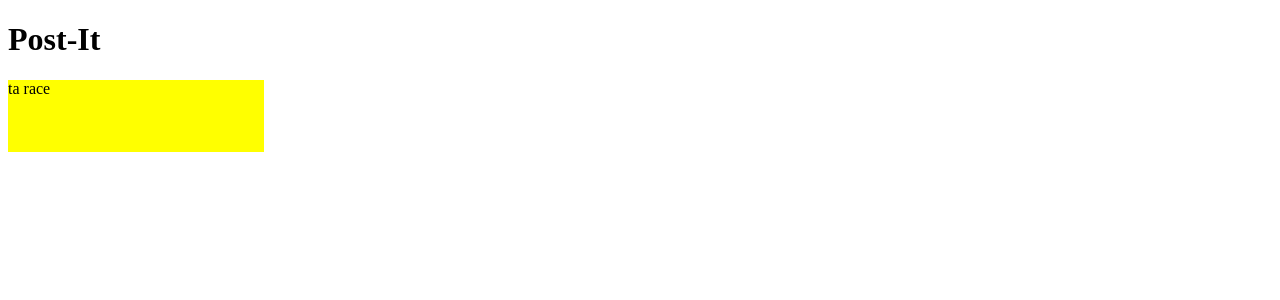
Repository: evalwebmeteofullstack/Gestion_meteo
Page: Notes/Cours + Exercices/Exercices/static/test/5em-code.html
The author's editor kept a copy of each file at every save. The page is drawn from the files as they stood at one save, then again after the next save.
The browser window is 1280 px wide. The pictures show the whole page.

Above is the page before, as saved 2019-02-04 08:32:50.

### Notes/Cours + Exercices/Exercices/static/test/5em-code.html
<!DOCTYPE HTML>
<html>
<link rel="stylesheet" type="text/css" href="style5.css" />
<head>
</head>
<body>
	<h1>Post-It</h1>
	<div id="div1">
	<input type="button" name="butCache" id="butCach" value="Cache">
	<input type="button" name="butAfficher" id="butAf" value="Affiche">
	<div id="postIt">ta race</div>
	</div>
	<br>
	<br>
	<label>Merci de bien vouloir me survoler</label>
	<script src="test5.js"></script>
</body>
</html>

### Notes/Cours + Exercices/Exercices/static/test/style5.css
#div1 {
	display: flex;
	flex-direction: row;
}

#postIt {
	position: absolute;
	background-color: yellow;
	width: 20%;
	height: 10%;

}

Loaded but not shown: Notes/Cours + Exercices/Exercices/static/test/test5.js (no copy from this time; the picture is the same without it)

After the next save:
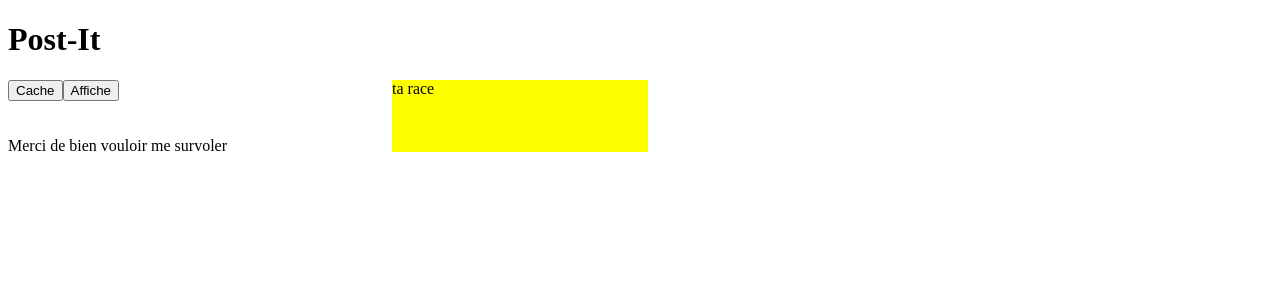
Saved 21 s later.
--- a/Notes/Cours + Exercices/Exercices/static/test/style5.css
+++ b/Notes/Cours + Exercices/Exercices/static/test/style5.css
@@ -8,5 +8,5 @@
 	background-color: yellow;
 	width: 20%;
 	height: 10%;
-
+	margin-left: 30%;
 }
